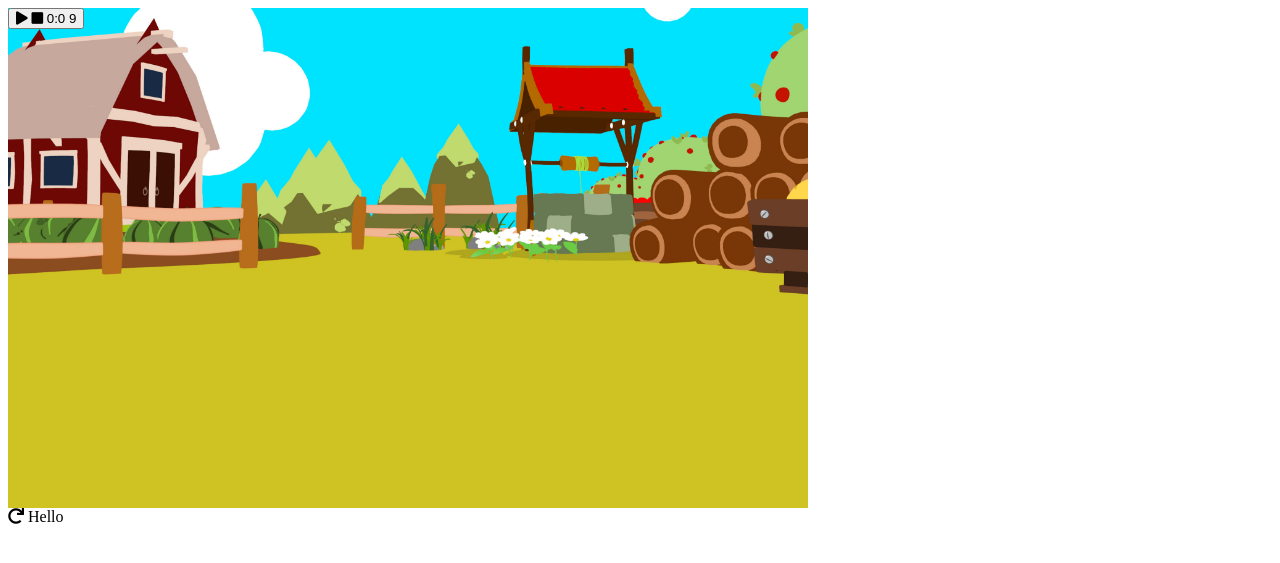
Repository: DevMinwoo-Jung/JavaScript101
Page: WebApIs/carrotClone/index.html
An editor plug-in stored every save of this project. The page is shown before and after the next save, followed by the edit.
The browser window is 1280 px wide. The pictures show the whole page.

Above is the page before, as saved 2021-06-22 14:35:31.

### WebApIs/carrotClone/index.html
<!DOCTYPE html>
<html lang="en">
<head>
  <meta charset="UTF-8">
  <meta http-equiv="X-UA-Compatible" content="IE=edge">
  <meta name="viewport" content="width=device-width, initial-scale=1.0">
  <link rel="stylesheet" href="style.css">
  <script src="main.js"></script>
  <link rel="stylesheet" href="https://use.fontawesome.com/releases/v5.15.3/css/all.css" integrity="sha384-SZXxX4whJ79/gErwcOYf+zWLeJdY/qpuqC4cAa9rOGUstPomtqpuNWT9wdPEn2fk" crossorigin="anonymous">
  <title>Fun game</title>
</head>
<body>
  <section class="game">
    <header class="game__header">
      <button class="game__button">
        <i class="fas fa-play"></i>
        <i class="fas fa-stop"></i>
        <span class="game__timer">0:0</span>
        <span class="game__score">9</span>
      </button>
    </header>
    <section class="game__field"></section>
  </section>
  <section class="pop-up">
    <buttno class="pop-up__refresh">
      <i class="fas fa-redo"></i>
    </buttno>
    <span class="pop-up__message">Hello</span>
  </section>
</body>
</html>

### WebApIs/carrotClone/style.css
.game {
  width: 800px;
  height: 500px;
  background: url(img/background.png) center/cover;
}

.game__header {
}

.game__field {
}

Loaded but not shown: WebApIs/carrotClone/main.js (no stored copy; drawn as an empty file)

After the next save:
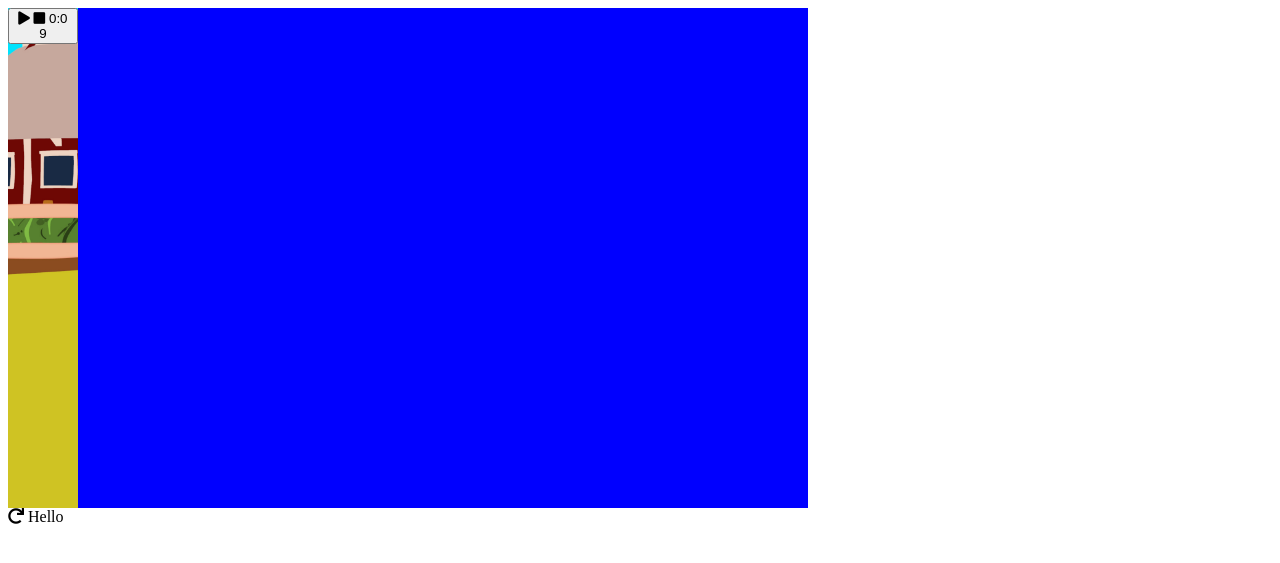
Saved 66 s later.
--- a/WebApIs/carrotClone/style.css
+++ b/WebApIs/carrotClone/style.css
@@ -1,4 +1,5 @@
 .game {
+  display: flex;
   width: 800px;
   height: 500px;
   background: url(img/background.png) center/cover;
@@ -8,4 +9,6 @@
 }
 
 .game__field {
+  background-color: blue;
+  width: 100%;
 }

After the save that followed:
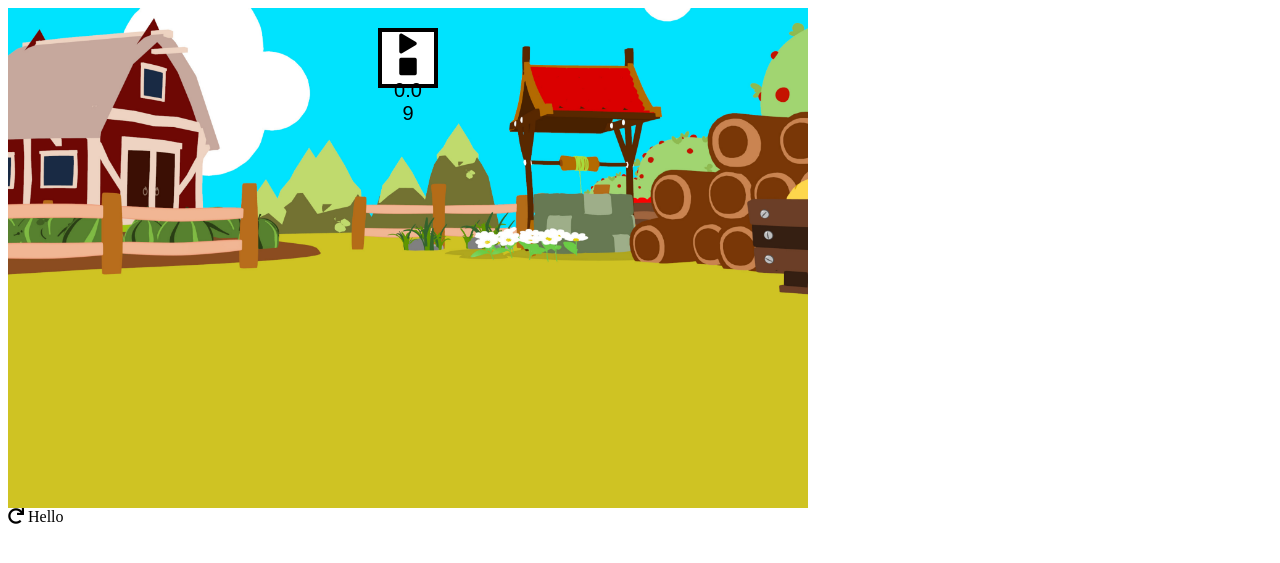
Saved 93 s later.
--- a/WebApIs/carrotClone/style.css
+++ b/WebApIs/carrotClone/style.css
@@ -1,11 +1,29 @@
 .game {
   display: flex;
+  flex-direction: column;
   width: 800px;
   height: 500px;
   background: url(img/background.png) center/cover;
 }
 
+button {
+  border: none;
+  outline: none;
+  cursor: pointer;
+}
 .game__header {
+  display: flex;
+  flex-direction: column;
+  align-items: center;
+  padding: 20px;
+}
+
+.game__button {
+  width: 60px;
+  height: 60px;
+  background-color: white;
+  border: 4px solid black;
+  font-size: 20px;
 }
 
 .game__field {
